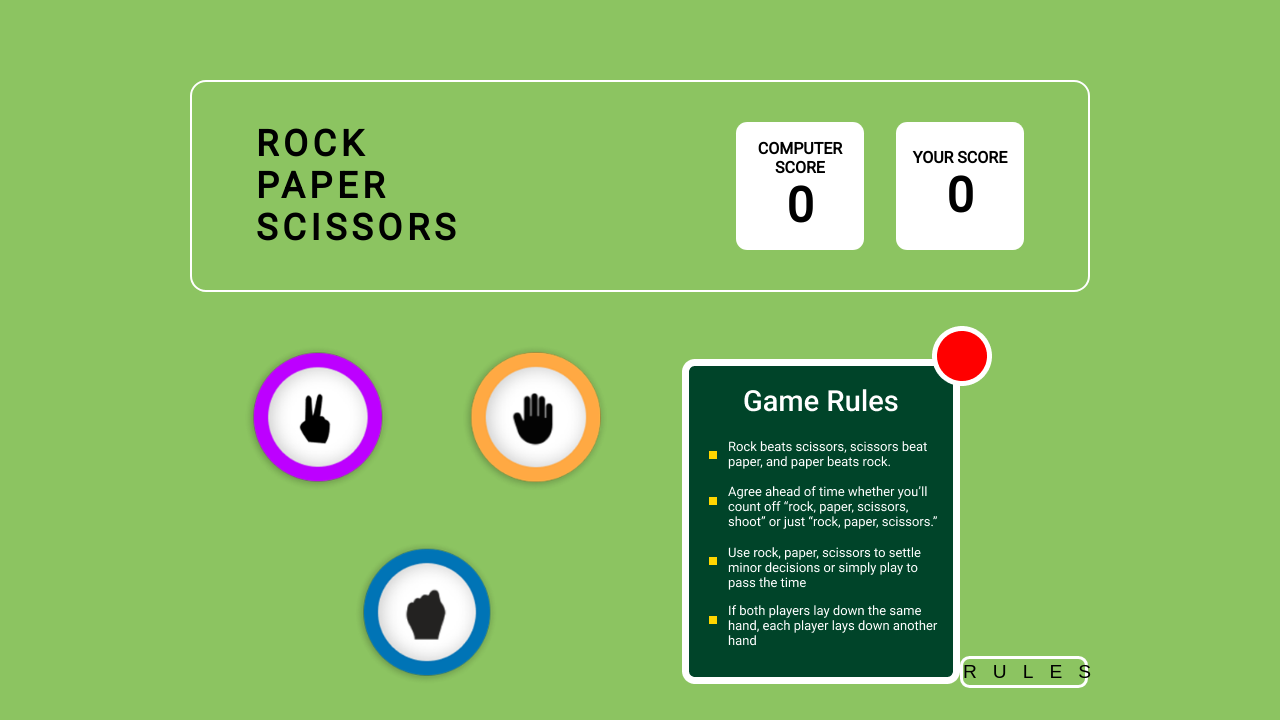
Repository: drumsmanku/Major-module-project-1
Page: index.html
The author's editor kept a copy of each file at every save. The page is drawn from the files as they stood at one save, then again after the next save.
The browser window is 1280 px wide. The pictures show the whole page.

Above is the page before, as saved 2023-04-27 22:10:05.

After the next save:
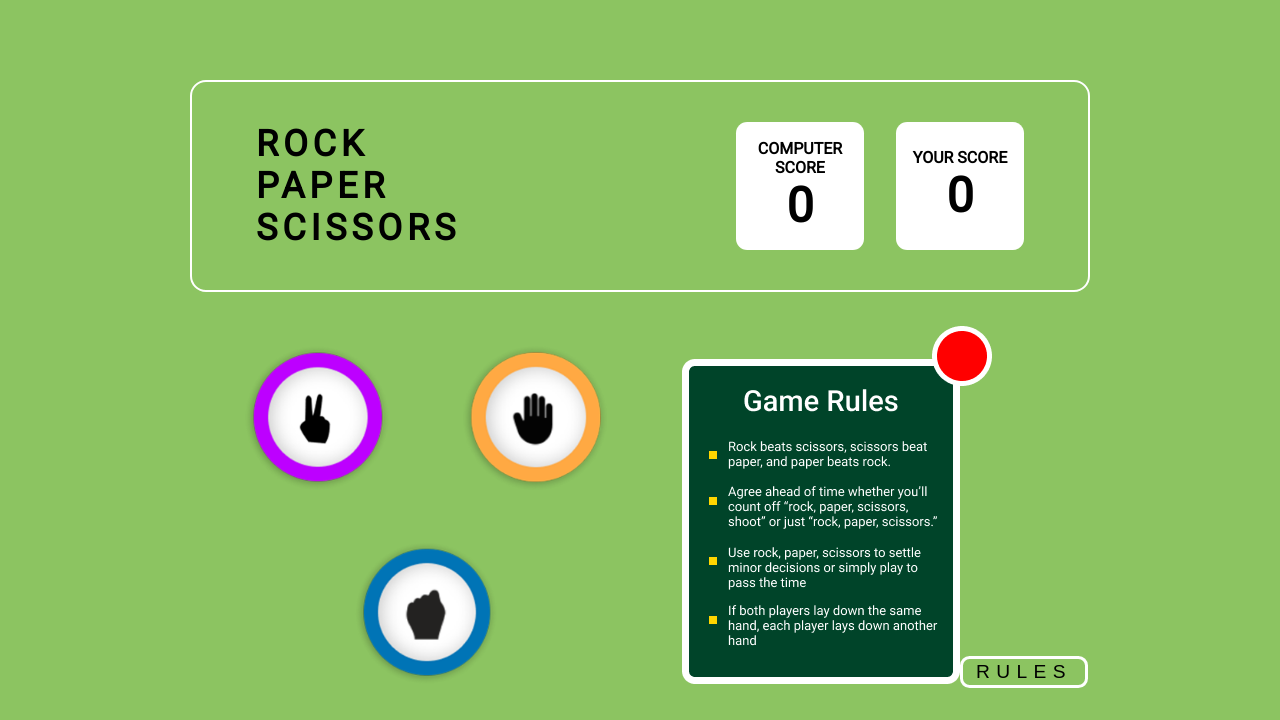
Saved 6 s later.
--- a/styles.css
+++ b/styles.css
@@ -158,5 +158,5 @@ body{
   height: 2rem;
   width: 8rem;
   font-size:1.2rem;
-  letter-spacing: 1rem;
+  letter-spacing: 0.4rem;
 }
